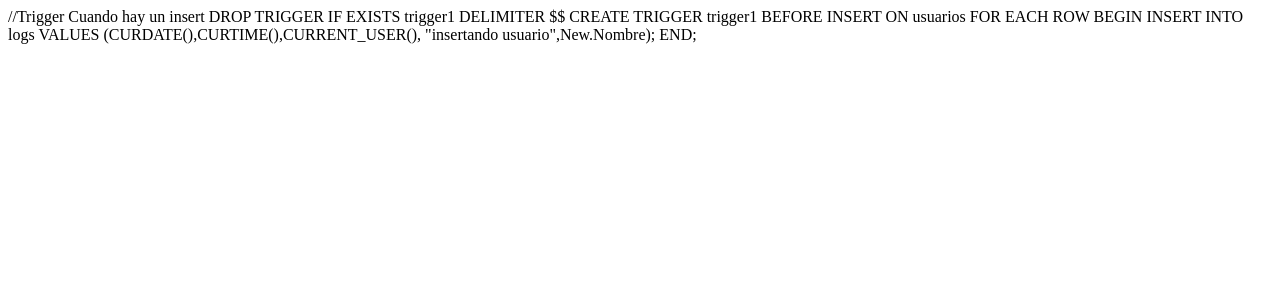
Repository: guillospy92/farm-app
Page: http://localhost/tcpdf/Datos/ejemplo.php
The author's editor kept a record of every edit. The page is drawn from the files as they stood at one moment, then again after the next edit.
The browser window is 1280 px wide. The pictures show the whole page.
The page is run by PHP 8.4 with error messages shown; the project is at /var/www/html/.

Above is the page before.

### Datos/ejemplo.php
//Trigger Cuando hay  un insert


DROP TRIGGER IF EXISTS trigger1
DELIMITER $$
CREATE TRIGGER trigger1
    BEFORE INSERT
    ON usuarios
    FOR EACH ROW
BEGIN
    INSERT INTO logs
    VALUES
    (CURDATE(),CURTIME(),CURRENT_USER(), "insertando usuario",New.Nombre);
END;

After the next edit:
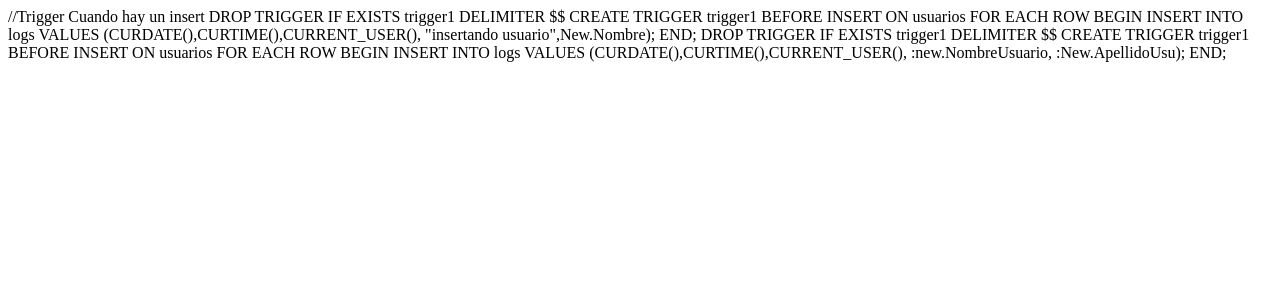
The edit:
--- a/Datos/ejemplo.php
+++ b/Datos/ejemplo.php
@@ -12,3 +12,16 @@ BEGIN
     VALUES
     (CURDATE(),CURTIME(),CURRENT_USER(), "insertando usuario",New.Nombre);
 END;
+
+
+DROP TRIGGER IF EXISTS trigger1
+DELIMITER $$
+CREATE TRIGGER trigger1
+    BEFORE INSERT
+    ON usuarios
+    FOR EACH ROW
+BEGIN
+    INSERT INTO logs
+    VALUES
+    (CURDATE(),CURTIME(),CURRENT_USER(), :new.NombreUsuario, :New.ApellidoUsu);
+END;
